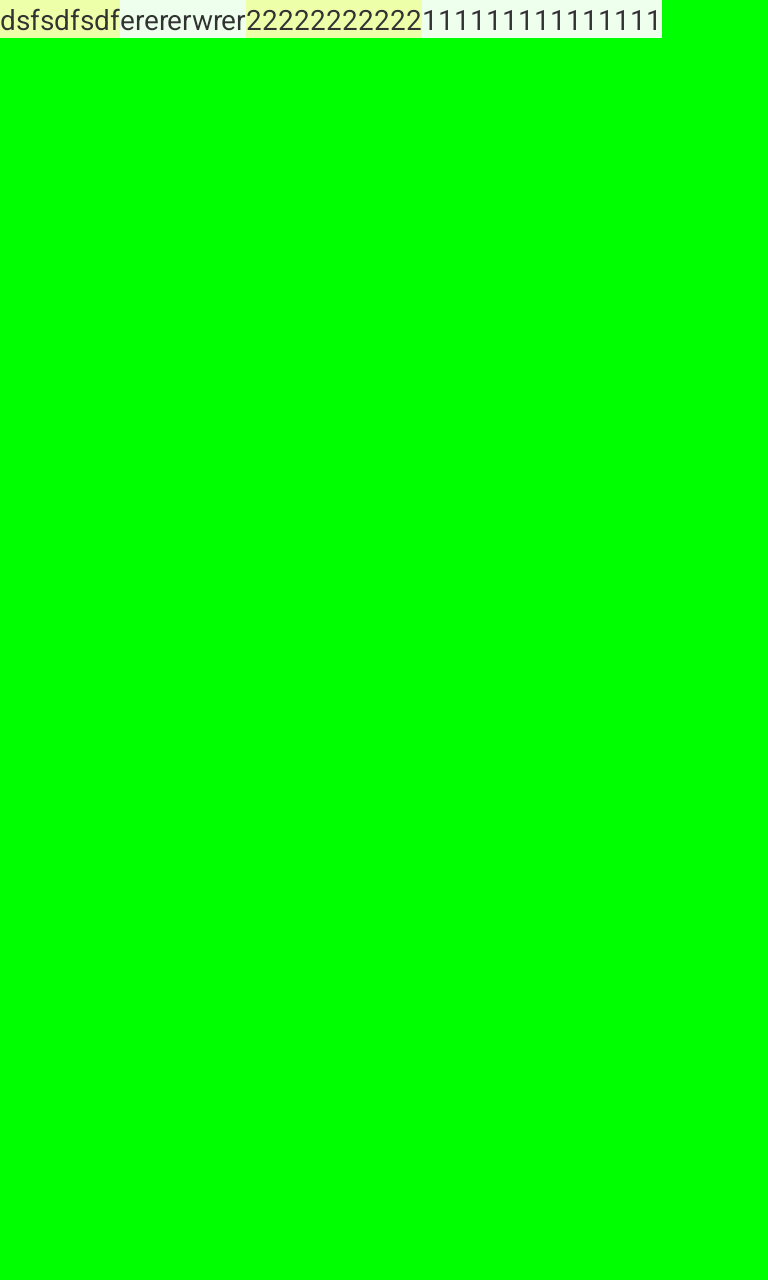
Repository: founderzhl/MarsAndroid
Layout: S01_E12_Weight/res/layout/activity_main.xml
An editor plug-in stored every save of this project. The layout is shown before and after the next save, followed by the edit.
It is drawn on a 768 x 1280 px phone screen (xhdpi) without system bars, with theme AppTheme; the app's code is not run.

Above is the layout before, as saved 2015-01-15 16:09:13.

### S01_E12_Weight/res/layout/activity_main.xml
<LinearLayout xmlns:android="http://schemas.android.com/apk/res/android"
    xmlns:tools="http://schemas.android.com/tools"
    android:layout_width="match_parent"
    android:layout_height="match_parent"
    android:background="#00ff00"
    android:orientation="horizontal"
    tools:context="com.example.s01_e12_weight.MainActivity" >

    <LinearLayout
        android:layout_width="wrap_content"
        android:layout_height="wrap_content" >

        <TextView
            android:layout_width="wrap_content"
            android:layout_height="wrap_content"
            android:background="#eeffaa"
            android:text="dsfsdfsdf" />

        <TextView
            android:layout_width="wrap_content"
            android:layout_height="wrap_content"
            android:background="#eeffee"
            android:text="erererwrer" />

    </LinearLayout>



    <LinearLayout
        android:layout_width="wrap_content"
        android:layout_height="wrap_content" >
        <TextView
            android:layout_width="wrap_content"
            android:layout_height="wrap_content"
            android:layout_weight="1"
            android:background="#eeffaa"
            android:text="22222222222" />

        <TextView
            android:layout_width="wrap_content"
            android:layout_height="wrap_content"
            android:layout_weight="1"
            android:background="#eeffee"
            android:text="111111111111111" />

    </LinearLayout>

</LinearLayout>

Loaded but not shown: S01_E12_Weight/res/values/styles.xml (common file); S01_E12_Weight/res/values-v11/styles.xml (common file); S01_E12_Weight/res/values-v14/styles.xml (common file)

After the next save:
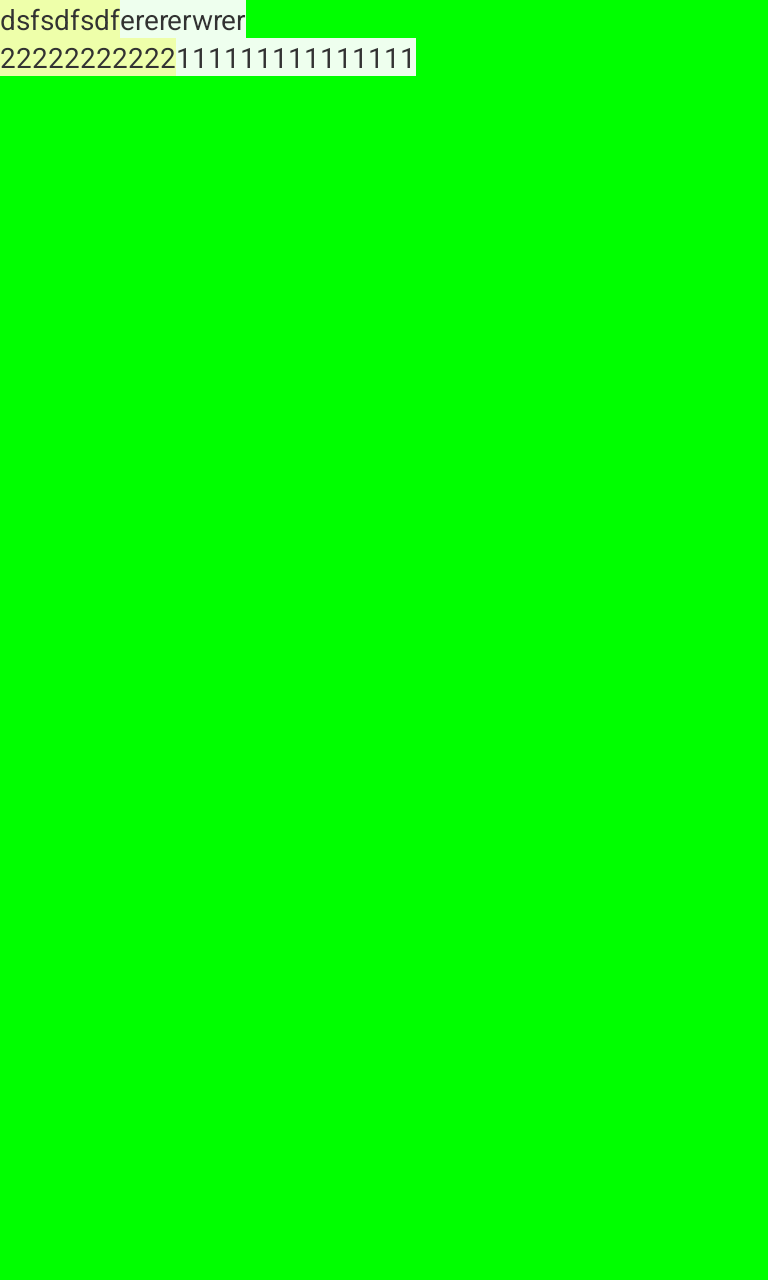
Saved 47 s later.
--- a/S01_E12_Weight/res/layout/activity_main.xml
+++ b/S01_E12_Weight/res/layout/activity_main.xml
@@ -3,7 +3,7 @@
     android:layout_width="match_parent"
     android:layout_height="match_parent"
     android:background="#00ff00"
-    android:orientation="horizontal"
+    android:orientation="vertical"
     tools:context="com.example.s01_e12_weight.MainActivity" >
 
     <LinearLayout
@@ -39,7 +39,7 @@
         <TextView
             android:layout_width="wrap_content"
             android:layout_height="wrap_content"
-            android:layout_weight="1"
+            android:layout_weight="3"
             android:background="#eeffee"
             android:text="111111111111111" />
 
